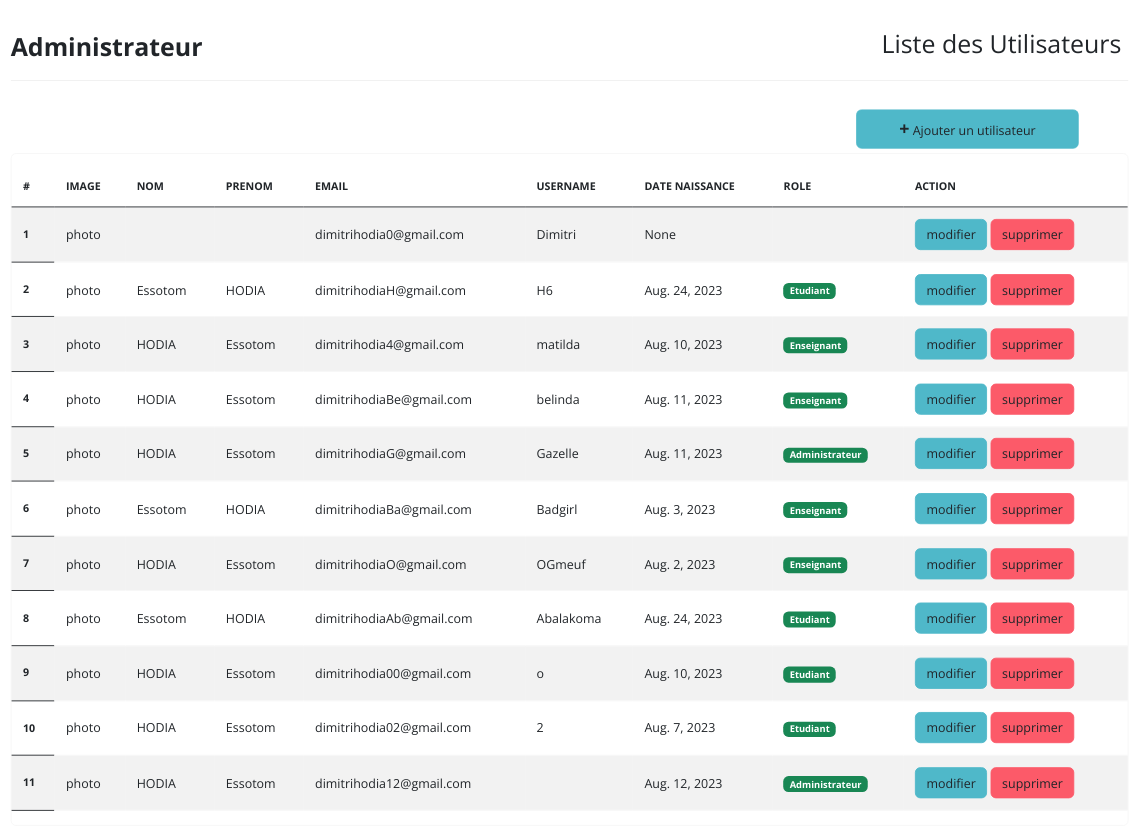
Repository: dimitri0004/Moodle
Page: http://localhost/Admin/user/
These files come from the project's save history. The page is drawn as it stood at one moment and after the next save; the edit follows.
The browser window is 1280 px wide. The pictures show the whole page, at 89% of full size.
Pictures or frames that could not be fetched are drawn as grey boxes. The page is served by the project's application, run on Django 4.2 (manage.py). Other server files are loaded and not shown. The database holds what the project's SQL file puts in it.

Above is the page before, as saved 2023-08-20 13:26:22.
Console error: TypeError: Cannot set properties of null (setting 'innerHTML')

### templates/administrateur/users/utilisateur.html
{% extends "base.html" %}
{% block content %}

<div class="body d-flex py-lg-3 py-md-2">
    <div class="container-xxl">
        <div class="row">
            <div class="col-md-12">
                <div class="card border-0 mb-4 no-bg">
                    <div class="card-header py-3 px-0 d-flex align-items-center  justify-content-between border-bottom">
                        <h3 class=" fw-bold flex-fill mb-0">Administrateur</h3>
                        <div class="dropdown px-2">
                            <H3>Liste des Utilisateurs</H3>
                        </div>

                    </div>
                </div>
            </div>
        </div>
        <div class="">
            <div class="col">
                <h3></h3>
                <a href="{% url 'inscription' %}" style="width: 250px; margin-left:950px;margin-bottom:5px" class="btn btn-info"><strong style="font-size: 20px; ">+</strong> Ajouter un utilisateur</a>
                <div class="card teacher-card">

                    <p class=" alert-success">{{ message }}</p>



                    <table class="table table-striped">
                        <thead>
                          <tr>
                            <th scope="col">#</th>
                            <th>Image</th>
                            <th scope="col">Nom</th>
                            <th scope="col">Prenom</th>
                            <th scope="col">Email</th>
                            <th scope="col">Username</th>
                            <th scope="col">Date Naissance</th>
                            <th scope="col">Role</th>


                            <th scope="col">Action</th>
                          </tr>
                        </thead>
                        <tbody>
                            {% for user in users %}
                            <tr>
                                <th scope="row">{{ forloop.counter  }}</th>
                                <td>photo</td>
                                <td>{{ user.last_name }}</td>
                                <td>{{ user.first_name }}</td>
                                <td>{{ user.email }}</td>
                                <td>{{ user.username }}</td>
                                <td>{{ user.birthdate }}</td>
                                <td  ><strong class="badge bg-success">{{ user.role }}</strong></td>
                                <td>
                                    <a href="" class="btn btn-info">modifier</a>
                                    <a href="" class="btn btn-danger">supprimer</a>
                                </td>
                              </tr>
                            {% endfor %}


                        </tbody>
                      </table>

            </div>
        </div>
    </div>
</div>

<!-- Modal Members-->
<div class="modal fade" id="addUser" tabindex="-1" aria-labelledby="addUserLabel" aria-hidden="true">
    <div class="modal-dialog modal-dialog-centered modal-lg">
    <div class="modal-content">
        <div class="modal-header">
            <h5 class="modal-title  fw-bold" id="addUserLabel">Invite Friend's</h5>
            <button type="button" class="btn-close" data-bs-dismiss="modal" aria-label="Close"></button>
        </div>
        <div class="modal-body">
            <div class="inviteby_email">
                <div class="input-group mb-3">
                    <input type="text" class="form-control" placeholder="Members Invite" aria-label="Recipient's username" aria-describedby="button-addon2">
                    <button class="btn btn-dark" type="button" id="button-addon2">Members Invite</button>
                </div>
            </div>
            <div class="members_list">
                <h6 class="fw-bold ">Members of e-Learn</h6>
                <ul class="list-unstyled list-group list-group-custom list-group-flush mb-0">

                </ul>
            </div>
        </div>
    </div>
    </div>
</div>

{% endblock %}

### templates/base.html
{% load static %}
<!DOCTYPE html>
<html lang="en">
<head>
    <meta charset="UTF-8">
    <meta name="viewport" content="width=device-width, initial-scale=1.0">
    <title>Document</title>

    <link rel="icon" href="favicon.ico" type="image/x-icon"> <!-- Favicon-->

    <!-- plugin css file  -->
    <link rel="stylesheet" href="{% static 'assets/css/carousel.min.css' %}" />
    <!-- project css file  -->
    <link rel="stylesheet" href="{% static 'assets/css/e-learn.style.min.css' %}">
    <!-- Google Code  -->
    <script async src="https://www.googletagmanager.com/gtag/js?id=UA-264428387-1"></script>
    <script>
      window.dataLayer = window.dataLayer || [];
      function gtag(){dataLayer.push(arguments);}
      gtag('js', new Date());

      gtag('config', 'UA-264428387-1');
    </script>

    <script src="{% static 'assets/bundles/libscripts.bundle.js' %}"></script>

    <!-- Plugin Js-->
    <script src="{% static 'assets/bundles/carousel.bundle.js' %}"></script>
    <script src="{% static 'assets/bundles/apexcharts.bundle.js' %}"></script>

    <!-- Jquery Page Js -->
    <script src="{% static 'js/template.js' %}"></script>
    <script src="{% static 'js/page/elearn-index.js' %}"></script>
</head>
<body>

    {% if user.is_authenticated %}
      {% if user.role == "Administrateur" %}
        {% include "_partiels/navAdministrateur.html" %}
      {% elif user.role == "Enseignant" %}
        {% include "_partiels/nav.html" %}
      {% else %}
        {% include "_partiels/nav.html" %}
      {% endif %}


    {% endif %}





    {% block content %}{% endblock %}
</body>
</html>

### Administrateur/views.py
from django.shortcuts import render,redirect,get_object_or_404
from django.core.validators import validate_email
from AppEcole.models import User
from django.db.models import Q
from django.contrib.auth.decorators import login_required
from django.contrib.auth import authenticate, login, logout
from django.contrib.auth import get_user_model
from django.contrib import messages

def register(request):
    error = False
    message = ""

    if request.method == "POST":
        username = request.POST.get('username')
        email = request.POST.get('email')
        nom = request.POST.get('nom')
        prenom = request.POST.get('prenom')
        password = request.POST.get('password')
        confirmePassword = request.POST.get('confirmePassword')
        role = request.POST.get('role')
        identifiant = request.POST.get('identifiant')
        date = request.POST.get('date')
        image = request.POST.get('image')
        # Récupérer le rôle du formulaire

        try:
            validate_email(email)
        except:
            error = True
            message = "Entrer un email valide svp"

        User = get_user_model()  # Obtenir le modèle utilisateur personnalisé

        user = User.objects.filter(Q(email=email) | Q(username=username)).first()
        if user:
            error = True
            message = f"L'email {email} ou le nom d'utilisateur {nom} est déjà utilisé par un utilisateur"

        if password != confirmePassword:
            error = True
            message = "Les deux mots de passe ne sont pas identiques"

        if error == False:
            user = User(

                username=username,
                email=email,
                last_name=nom,
                first_name=prenom,
                identifiant=identifiant,
                role=role,
                birthdate=date,
                profil=image# Enregistrer le rôle dans le modèle
            )
            user.set_password(password)
            user.save()
            return redirect('liste_utilisateur')

    context = {
        'error': error,
        'message': message
    }
    return render(request, 'administrateur/users/inscription.html', context)

def liste_utilisateur(request):
    users = User.objects.all()
    return render(request, 'administrateur/users/utilisateur.html', {'users': users})

def modifier_utilisateur(request, id):
    #user = get_object_or_404(get_user_model, id=id)
    error = False
    message = ""

    if request.method == "POST":
        username = request.POST.get('username')
        email = request.POST.get('email')
        nom = request.POST.get('nom')
        prenom = request.POST.get('prenom')
        password = request.POST.get('password')
        confirmePassword = request.POST.get('confirmePassword')
        role = request.POST.get('role')
        identifiant = request.POST.get('identifiant')
        date = request.POST.get('date')
        image = request.POST.get('image')
        # Récupérer le rôle du formulaire

        try:
            validate_email(email)
        except:
            error = True
            message = "Entrer un email valide svp"


        User = get_user_model(instance=user)  # Obtenir le modèle utilisateur personnalisé

        user = User.objects.filter(Q(email=email) | Q(username=username)).first()
        if user:
            error = True
            message = f"L'email {email} ou le nom d'utilisateur {nom} est déjà utilisé par un utilisateur"

        if password != confirmePassword:
            error = True
            message = "Les deux mots de passe ne sont pas identiques"

        if error == False:
            user = User(

                username=username,
                email=email,
                last_name=nom,
                first_name=prenom,
                identifiant=identifiant,
                role=role,
                birthdate=date,
                profil=image# Enregistrer le rôle dans le modèle

            )
            user.set_password(password)
            user.save()
            return redirect('liste_utilisateur')

    context = {
        'error': error,
        'message': message
    }
    return render(request, 'administrateur/users/modifier.html', context)
# Create your views here.

### AppEcole/models.py
from django.db import models
from django.contrib.auth.models import AbstractUser
class User(AbstractUser):
    ETUDIANT= " ETUDIANT"
    ENSEIGNANT="ENSEIGNANT"
    ADMINISTRATEUR=" ADMINISTRATEUR"

    ROLE_CHOICES = (
        (ETUDIANT, 'Etudiant'),
        (ENSEIGNANT, 'Enseignant'),
        (ADMINISTRATEUR, 'Administrateur'),
    )

    role = models.CharField(max_length=30, choices=ROLE_CHOICES, verbose_name='Rôle')
    birthdate = models.DateField(null=True, blank=False)
    identifiant = models.CharField(max_length=20, null=True, blank=False)
    profil=models.ImageField( upload_to='projets', height_field=None, width_field=None, max_length=None, default="12.png", blank=True)

    def __str__(self):
        return self.username

class Devoir(models.Model):

    STATUT_CHOICES = [
        ('en_cours', 'En cours'),
        ('soumis', 'Soumis'),
        ('corrigé', 'Corrige'),
        ('traité', 'Traite'),
        ('archivé', 'Archivé'),
    ]
    intitule=models.CharField(max_length=255)
    matiere=models.CharField(max_length=255)
    statut = models.CharField(max_length=20, choices=STATUT_CHOICES)
    projet = models.FileField(upload_to='projets')


    def __str__(self):
        return self.intitule


# Create your models here.

### MoodleProject/urls.py
"""
URL configuration for MoodleProject project.

The `urlpatterns` list routes URLs to views. For more information please see:
    https://docs.djangoproject.com/en/4.2/topics/http/urls/
Examples:
Function views
    1. Add an import:  from my_app import views
    2. Add a URL to urlpatterns:  path('', views.home, name='home')
Class-based views
    1. Add an import:  from other_app.views import Home
    2. Add a URL to urlpatterns:  path('', Home.as_view(), name='home')
Including another URLconf
    1. Import the include() function: from django.urls import include, path
    2. Add a URL to urlpatterns:  path('blog/', include('blog.urls'))
"""
from django.contrib import admin
from django.urls import path,include
from django.conf import settings
from django.conf.urls.static import static


urlpatterns = [
    path('admin/', admin.site.urls),
    path('', include('AppEcole.urls')),
    path('Admin', include('Administrateur.urls')),
]
if settings.DEBUG:
    urlpatterns += static(settings.MEDIA_URL,
    document_root=settings.MEDIA_ROOT)

### AppEcole/urls.py
from django.urls import path
from .views import index, inscription, connexion,ajouter_projet,deconnexion,liste_projets,modifier_projet,supprimer_projet,afficher_profil
urlpatterns = [
    path('acceuil', index, name='acceuil'),
    path('inscription/', inscription, name='register'),
    path('', connexion, name='login'),
    path('deconnexion/', deconnexion, name='logout'),


    path('enseignant/projet/ajouter', ajouter_projet, name='ajouter_projet'),
    path('enseignant/projet/', liste_projets, name='liste_projet'),
    path('enseignant/projet/modifier/<int:id>',modifier_projet, name='modifier_projet'),
    path('enseignant/projet/supprimer/<int:id>',supprimer_projet, name='supprimer_projet'),
    path('enseignant/profil',afficher_profil, name='afficher_profil'),


]

### Administrateur/urls.py
from django.urls import path
from .views import register,liste_utilisateur,modifier_utilisateur
urlpatterns = [
    path('/user/ajouter', register, name='inscription'),
    path('/user/', liste_utilisateur, name='liste_utilisateur'),
    path('/user/modifier/<int:id>',modifier_utilisateur, name='modifier_utilisateur'),








]

### static/assets/css/carousel.min.css
.owl-carousel,.owl-carousel .owl-item{-webkit-tap-highlight-color:transparent;position:relative}.owl-carousel{display:none;width:100%;z-index:1}.owl-carousel .owl-stage{position:relative;-ms-touch-action:pan-Y;-moz-backface-visibility:hidden}.owl-carousel .owl-stage:after{content:".";display:block;clear:both;visibility:hidden;line-height:0;height:0}.owl-carousel .owl-stage-outer{position:relative;overflow:hidden;-webkit-transform:translate3d(0, 0, 0)}.owl-carousel .owl-item,.owl-carousel .owl-wrapper{-webkit-backface-visibility:hidden;-moz-backface-visibility:hidden;-ms-backface-visibility:hidden;-webkit-transform:translate3d(0, 0, 0);-moz-transform:translate3d(0, 0, 0);-ms-transform:translate3d(0, 0, 0)}.owl-carousel .owl-item{min-height:1px;float:left;-webkit-backface-visibility:hidden;-webkit-touch-callout:none}.owl-carousel .owl-item img{display:block;width:100%}.owl-carousel .owl-dots.disabled,.owl-carousel .owl-nav.disabled{display:none}.no-js .owl-carousel,.owl-carousel.owl-loaded{display:block}.owl-carousel .owl-dot,.owl-carousel .owl-nav .owl-next,.owl-carousel .owl-nav .owl-prev{cursor:pointer;cursor:hand;-webkit-user-select:none;-khtml-user-select:none;-moz-user-select:none;-ms-user-select:none;user-select:none}.owl-carousel.owl-loading{opacity:0;display:block}.owl-carousel.owl-hidden{opacity:0}.owl-carousel.owl-refresh .owl-item{visibility:hidden}.owl-carousel.owl-drag .owl-item{-webkit-user-select:none;-moz-user-select:none;-ms-user-select:none;user-select:none}.owl-carousel.owl-grab{cursor:move;cursor:grab}.owl-carousel.owl-rtl{direction:rtl}.owl-carousel.owl-rtl .owl-item{float:right}.owl-carousel .animated{animation-duration:1s;animation-fill-mode:both}.owl-carousel .owl-animated-in{z-index:0}.owl-carousel .owl-animated-out{z-index:1}.owl-carousel .fadeOut{animation-name:fadeOut}@keyframes fadeOut{0%{opacity:1}100%{opacity:0}}.owl-height{transition:height .5s ease-in-out}.owl-carousel .owl-item .owl-lazy{opacity:0;transition:opacity .4s ease}.owl-carousel .owl-item img.owl-lazy{transform-style:preserve-3d}.owl-carousel .owl-video-wrapper{position:relative;height:100%;background:#000}.owl-carousel .owl-video-play-icon{position:absolute;height:80px;width:80px;left:50%;top:50%;margin-left:-40px;margin-top:-40px;background:url(owl.video.play.html) no-repeat;cursor:pointer;z-index:1;-webkit-backface-visibility:hidden;transition:transform .1s ease}.owl-carousel .owl-video-play-icon:hover{-ms-transform:scale(1.3, 1.3);transform:scale(1.3, 1.3)}.owl-carousel .owl-video-playing .owl-video-play-icon,.owl-carousel .owl-video-playing .owl-video-tn{display:none}.owl-carousel .owl-video-tn{opacity:0;height:100%;background-position:center center;background-repeat:no-repeat;background-size:contain;transition:opacity .4s ease}.owl-carousel .owl-video-frame{position:relative;z-index:1;height:100%;width:100%}

### moodle.sql (the tables this page reads)
CREATE TABLE `appecole_user` (
  `id` bigint(20) NOT NULL,
  `password` varchar(128) NOT NULL,
  `last_login` datetime(6) DEFAULT NULL,
  `is_superuser` tinyint(1) NOT NULL,
  `username` varchar(150) NOT NULL,
  `first_name` varchar(150) NOT NULL,
  `last_name` varchar(150) NOT NULL,
  `email` varchar(254) NOT NULL,
  `is_staff` tinyint(1) NOT NULL,
  `is_active` tinyint(1) NOT NULL,
  `date_joined` datetime(6) NOT NULL,
  `role` varchar(30) NOT NULL,
  `birthdate` date DEFAULT NULL,
  `identifiant` varchar(20) DEFAULT NULL,
  `profil` varchar(100) NOT NULL
) ENGINE=InnoDB DEFAULT CHARSET=utf8mb4;

INSERT INTO `appecole_user` (`id`, `password`, `last_login`, `is_superuser`, `username`, `first_name`, `last_name`, `email`, `is_staff`, `is_active`, `date_joined`, `role`, `birthdate`, `identifiant`, `profil`) VALUES
(1, 'pbkdf2_sha256$390000$iUlE0cOSgw09U2W8aK5Z6x$upZfpbMSMlbBebJmbwH24W9iJyQ7j249IScJWUpNZng=', '2023-08-20 12:30:55.787012', 1, 'Dimitri', '', '', 'dimitrihodia0@gmail.com', 1, 1, '2023-08-14 23:48:36.523526', '', NULL, NULL, '12.png'),
(8, 'pbkdf2_sha256$390000$8y96QpZnd9eLD1u3zXVrxW$N4QBGGl5ausKnXS0FMo4LEEG3r14qTcJx34v5AZYT38=', '2023-08-21 06:18:55.600830', 0, 'H6', 'HODIA', 'Essotom', 'dimitrihodiaH@gmail.com', 0, 1, '2023-08-15 20:56:28.178571', 'Etudiant', '2023-08-24', '005', '9ddd859d-fb28-4d27-b879-5b210936f2cb.jpg'),
(9, 'pbkdf2_sha256$390000$Cc4G5M1Iwp2A8LHn9JSbJe$2kxAFrXssqjUQVHn8Tt7Vj0WgvDK8gT6mngKH5AgIgw=', '2023-08-18 00:53:41.594568', 0, 'matilda', 'Essotom', 'HODIA', 'dimitrihodia4@gmail.com', 0, 1, '2023-08-18 00:47:35.444193', 'Enseignant', '2023-08-10', '005', '12.png'),
(10, 'pbkdf2_sha256$390000$s5Uf6eKg59oaYjQ2lxGvX5$MdUBHUwvav5htJXNa9LgDr7IX2VNp6kvdPilsJlOrcc=', NULL, 0, 'belinda', 'Essotom', 'HODIA', 'dimitrihodiaBe@gmail.com', 0, 1, '2023-08-18 10:53:24.918251', 'Enseignant', '2023-08-11', '002', '12.png'),
(11, 'pbkdf2_sha256$390000$f9kSRFIFFge1BZiRW1qNia$paACUMxloDPGxyrO9kKlU+YC4A6Sze0jRrPdM0KJMoY=', '2023-08-23 21:53:46.444901', 0, 'Gazelle', 'Essotom', 'HODIA', 'dimitrihodiaG@gmail.com', 0, 1, '2023-08-18 11:07:12.177203', 'Administrateur', '2023-08-11', '005', '12.png'),
(12, 'pbkdf2_sha256$390000$RKNUTbqL2mgcH8PIdwxNe6$FoDe12dH2MoO7YhLkZ3dAK6r842EC4FrnBCN8iqXEcA=', '2023-08-21 07:01:51.065759', 0, 'Badgirl', 'HODIA', 'Essotom', 'dimitrihodiaBa@gmail.com', 0, 1, '2023-08-18 11:13:50.408163', 'Enseignant', '2023-08-03', '005', '9ddd859d-fb28-4d27-b879-5b210936f2cb.jpg'),
(13, 'pbkdf2_sha256$390000$M2jj9UNcc21rFLRJNY0Z1I$iukSQYfu5lRp06jnRn0geRZfZYS3rwKcV0kUp6ISHbs=', NULL, 0, 'OGmeuf', 'Essotom', 'HODIA', 'dimitrihodiaO@gmail.com', 0, 1, '2023-08-19 01:18:58.161863', 'Enseignant', '2023-08-02', '005', '9ddd859d-fb28-4d27-b879-5b210936f2cb.jpg'),
(14, 'pbkdf2_sha256$390000$Q9Zbv0ppnYwRPYpRNKQRGw$xS6Mv4+rHNHYP+ajw2amesDDZNzqb2RwpsmaiWSu57o=', '2023-08-21 23:37:34.832535', 0, 'Abalakoma', 'HODIA', 'Essotom', 'dimitrihodiaAb@gmail.com', 0, 1, '2023-08-20 11:35:01.922322', 'Etudiant', '2023-08-24', '005', '9ddd859d-fb28-4d27-b879-5b210936f2cb.jpg'),
(15, 'pbkdf2_sha256$390000$1smpOFd4IsfyV8SkE7mT2m$UrOUivh2jMoRH6KnJdsqmkSkfhyIH9ltEkmL514qK4k=', NULL, 0, 'o', 'Essotom', 'HODIA', 'dimitrihodia00@gmail.com', 0, 1, '2023-08-20 12:38:26.965338', 'Etudiant', '2023-08-10', '005', '9ddd859d-fb28-4d27-b879-5b210936f2cb.jpg'),
(16, 'pbkdf2_sha256$390000$Y6Mne04LbXZJf3Azd6kPBF$scAXqRn0ekjgwk+1LzZ23RIcHp+piGTSOKXOly4m7wk=', NULL, 0, '2', 'Essotom', 'HODIA', 'dimitrihodia02@gmail.com', 0, 1, '2023-08-20 12:48:17.900248', 'Etudiant', '2023-08-07', '002', 'technology-hacker-4k-pic.jpg'),
(17, 'pbkdf2_sha256$390000$wavJhLHbgomHRF6Ixq0lyE$uNYb2FsreQnAHSXzXeZvzm3NH3EPBDdRwfv0tpGEWUc=', '2023-08-23 09:28:17.943974', 0, '', 'Essotom', 'HODIA', 'dimitrihodia12@gmail.com', 0, 1, '2023-08-23 09:28:00.080187', 'Administrateur', '2023-08-12', 'admin', '9ddd859d-fb28-4d27-b879-5b210936f2cb.jpg');

ALTER TABLE `appecole_user`
  ADD PRIMARY KEY (`id`),
  ADD UNIQUE KEY `username` (`username`);

ALTER TABLE `appecole_user`
  MODIFY `id` bigint(20) NOT NULL AUTO_INCREMENT, AUTO_INCREMENT=18;

Loaded but not shown: static/assets/css/e-learn.style.min.css (library); static/assets/bundles/libscripts.bundle.js (library); static/assets/bundles/carousel.bundle.js (library); static/assets/bundles/apexcharts.bundle.js (library); static/js/page/elearn-index.js (164 lines, source omitted); static/js/template.js (106 lines, source omitted)

After the next save:
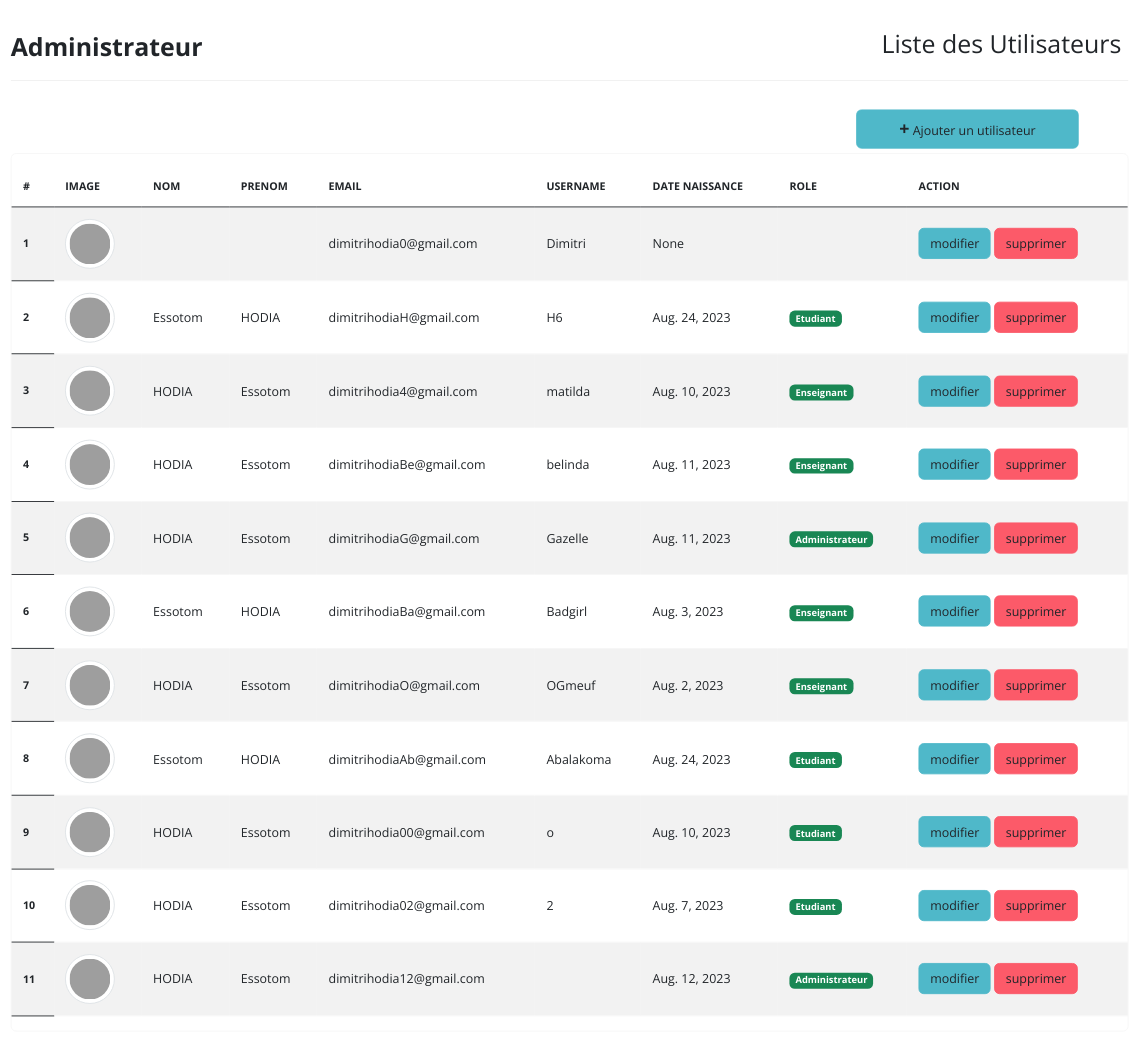
Saved 2 min 53 s later.
--- a/templates/administrateur/users/utilisateur.html
+++ b/templates/administrateur/users/utilisateur.html
@@ -46,7 +46,7 @@
                             {% for user in users %}
                             <tr>
                                 <th scope="row">{{ forloop.counter  }}</th>
-                                <td>photo</td>
+                                <td><img class="avatar lg rounded-circle img-thumbnail" src="{{ user.profil.url }}" alt="{{ user.first_name }}"></td>
                                 <td>{{ user.last_name }}</td>
                                 <td>{{ user.first_name }}</td>
                                 <td>{{ user.email }}</td>
